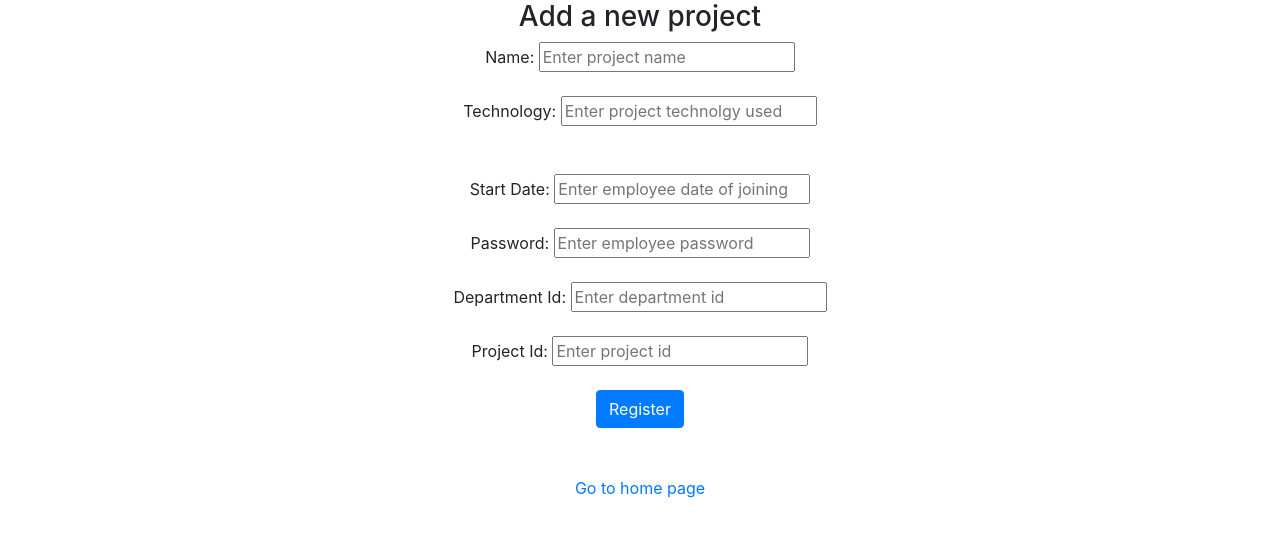
Repository: ArmanAli-cmd/EmployeeProjectDepartmentApplication
Page: http://localhost/EmployeeProjectDepartmentMVCApplication/views/project-signup.jsp
These files come from the project's save history. The page is drawn as it stood at one moment and after the next save; the edit follows.
The browser window is 1280 px wide. The pictures show the whole page.
The page is served by Tomcat 9.

Above is the page before, as saved 2024-01-18 05:11:44.

After the next save:
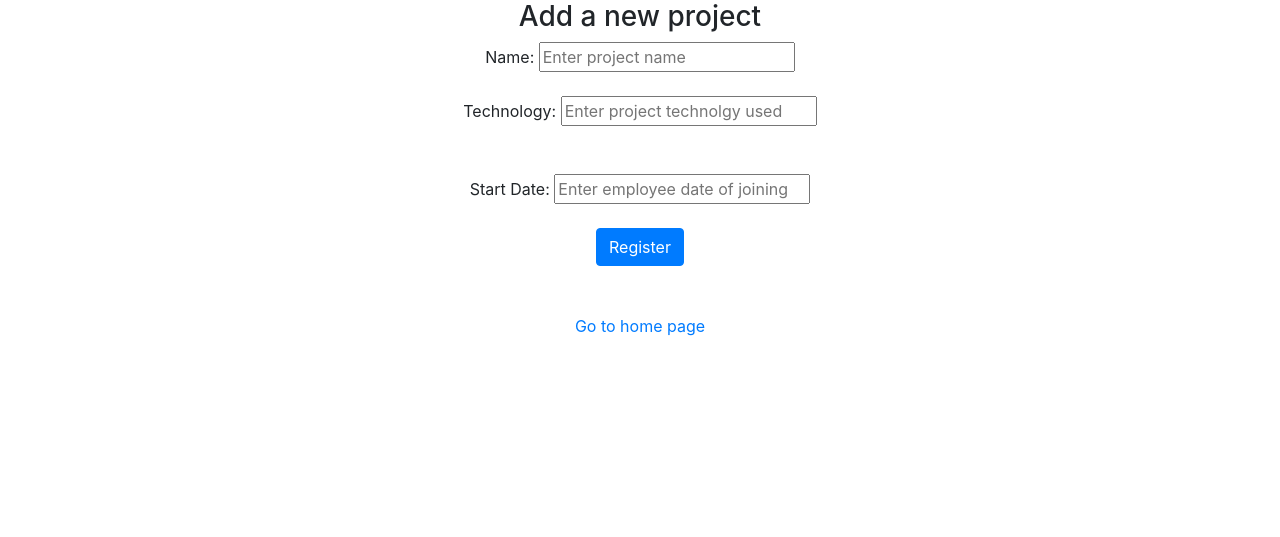
Saved 17 s later.
--- a/EmployeeProjectDepartmentMVCApplication/src/main/webapp/views/project-signup.jsp
+++ b/EmployeeProjectDepartmentMVCApplication/src/main/webapp/views/project-signup.jsp
@@ -24,12 +24,6 @@
 		<br>
 		Start Date: <input type="text" name="start_date"
 			placeholder="Enter employee date of joining" required><br>
-		<br> Password: <input type="password" name="password"
-			placeholder="Enter employee password" required><br>
-		<br> Department Id: <input type="number" name="departmentId"
-			placeholder="Enter department id" required><br>
-		<br> Project Id: <input type="number" name="projectId"
-			placeholder="Enter project id" required><br>
 		<br> <input type="submit" class="btn btn-primary" value="Register">
 	</form>
 <br><br>
